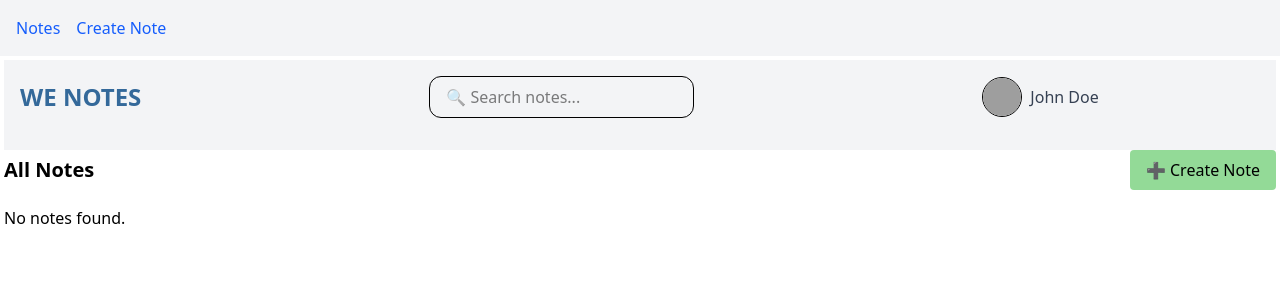
Repository: pin-seavmuy/NoteApplication
Page: / (app in note-vue/)
These files come from the project's save history. The page is drawn as it stood at one moment and after a run of saves; the edit follows.
The browser window is 1280 px wide. The pictures show the whole page.
Pictures or frames that could not be fetched are drawn as grey boxes. The page's requests for data from a server got no answer. The project was rebuilt for these pictures with package versions that can differ from the ones it lists, and the page was loaded fresh each time. No one was signed in, and anything a server would have sent is missing. Also part of the build but not shown: note-vue/vite.config.ts, note-vue/src/components/NoteWrapper.vue, note-vue/src/views/CreateNote.vue, note-vue/src/views/NoteDetail.vue, note-vue/src/views/UpdateNote.vue.

Above is the page before, as saved 2025-09-16 11:22:03.

After the next 8 saves:
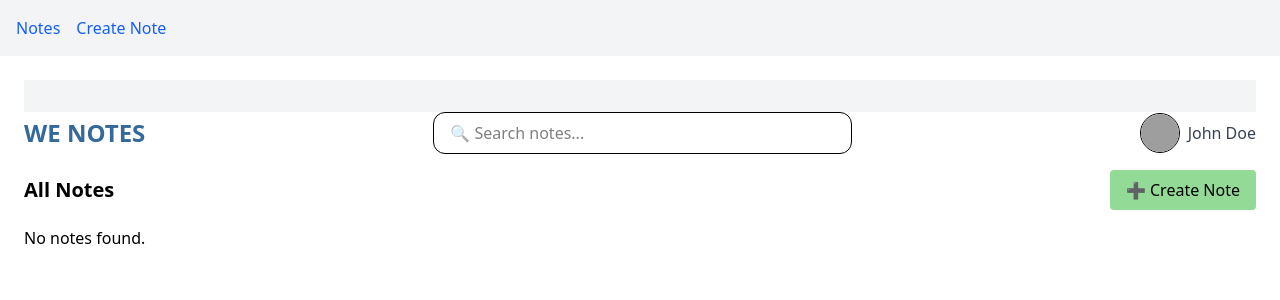
The 8 saves are shown as one change because they came seconds apart.
The last was saved 41 s later.
--- a/note-vue/src/views/NotesList.vue
+++ b/note-vue/src/views/NotesList.vue
@@ -1,27 +1,27 @@
 <template>
-  <div class="p-1">
+  <div class="p-6">
     <nav class="p-4 bg-gray-100 flex space-x-4">
-      <div class="flex items-center justify-between mb-4 space-x-72">
-        <h1 class="text-2xl font-bold " style="color: #34699A;">WE NOTES</h1>
 
-        <input
-          v-model="search"
-          type="text"
-          placeholder="🔍 Search notes..."
-          class="px-4 py-2 border rounded-xl flex-grow"
+    </nav>
+    <div class="flex items-center justify-between mb-4 space-x-72">
+      <h1 class="text-2xl font-bold " style="color: #34699A;">WE NOTES</h1>
+
+      <input
+        v-model="search"
+        type="text"
+        placeholder="🔍 Search notes..."
+        class="px-4 py-2 border rounded-xl flex-grow"
+      />
+
+      <div class="flex items-center space-x-2 flex-shrink-0">
+        <img
+          src="https://ui-avatars.com/api/?name=User"
+          alt="User Avatar"
+          class="w-10 h-10 rounded-full border"
         />
-
-        <div class="flex items-center space-x-2 flex-shrink-0">
-          <img
-            src="https://ui-avatars.com/api/?name=User"
-            alt="User Avatar"
-            class="w-10 h-10 rounded-full border"
-          />
-          <span class="text-gray-700 font-medium">John Doe</span>
-        </div>
+        <span class="text-gray-700 font-medium">John Doe</span>
       </div>
-    </nav>
-
+    </div>
 
     <div class="flex items-center justify-between mb-4">
 
